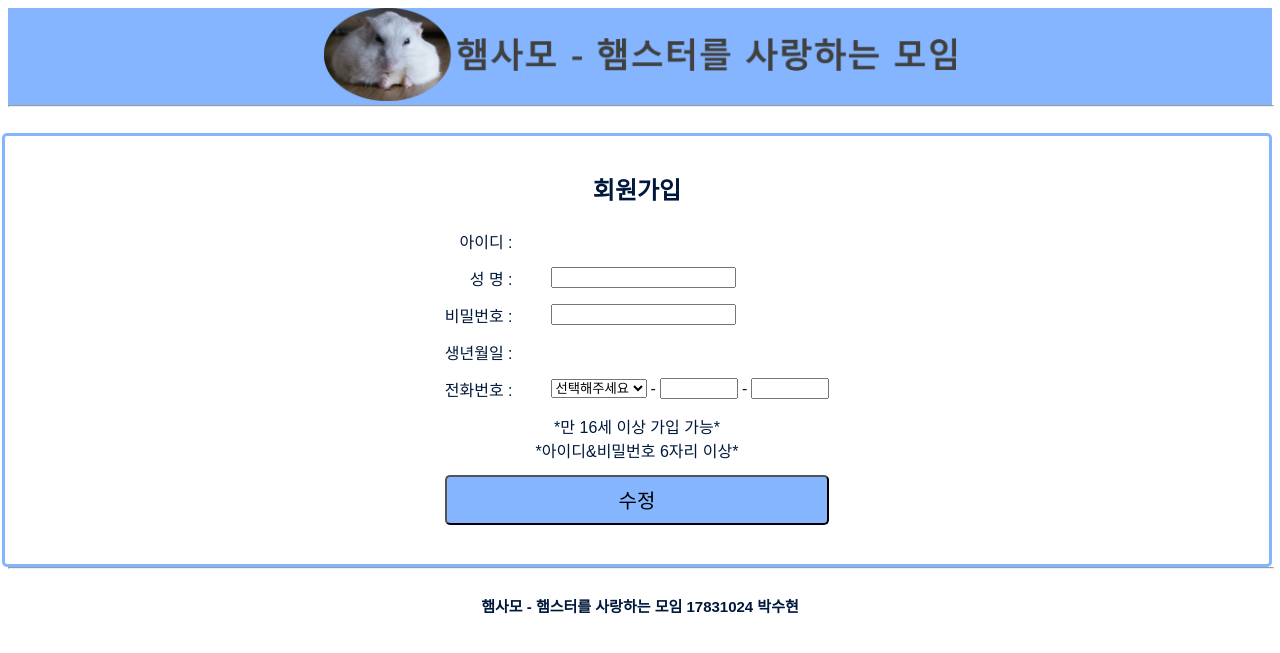
Repository: hyun5292/school
Page: http://localhost/HamSaMo/WEB-INF/views/member/MmodifyForm.jsp
These files come from the project's save history. The page is drawn as it stood at one moment and after the next save; the edit follows.
The browser window is 1280 px wide. The pictures show the whole page.
The page is served by Tomcat 9. Nobody is signed in. Other server files are loaded and not shown. The template is opened directly, without the code that normally fills it, so the values that code supplies are empty.

Above is the page before, as saved 2019-12-09 19:33:50.

### spring/HamSaMo/HamSaMo/src/main/webapp/WEB-INF/views/member/MmodifyForm.jsp
<%@ page language="java" contentType="text/html; charset=UTF-8"
	pageEncoding="UTF-8"%>
<!-- jstl -->
<%@ taglib prefix="c" uri="http://java.sun.com/jsp/jstl/core"%>
<!DOCTYPE html>
<html>
<head>
<meta charset="EUC-KR">
<title>햄사모 - 햄스터를 사랑하는 모임</title>
<script
	src="http://ajax.googleapis.com/ajax/libs/jquery/3.3.1/jquery.min.js"></script>
<style>
#container {
	width: 100%;
	Height: 100%;
	font-family: 'arial';
	color: #00183b;
}

#header {
	background-color: #84b5fe;
	float: left;
	width: 100%;
	height: 10%;
}

#content {
	float: right;
	width: 100%;
	height: 80%;
	border-radius: 5px;
	border: solid 3px #84b5fe;
}

#footer {
	clear: both;
	width: 100%;
	height: 10%;
	font-size: 15px;
	font-weight: bold;
}

#btn_light {
	background-color: white;
	width: 100%;
	height: 50px;
	border-radius: 5px;
	border: bold 1px #84b5fe;
	font-size: 20px;
}

#btn_dark {
	background-color: #84b5fe;
	width: 100%;
	height: 50px;
	border-radius: 5px;
	border: bold 1px white;
	font-size: 20px;
}
</style>
<script>
	function check() {
		if (document.myform.mName.value == "") {
			alert("이름을 입력하세요!!");
			document.myform.mName.focus();
			return false;
		}
		if (document.myform.mPw.value == "") {
			alert("비밀번호를 입력하세요!!");
			document.myform.mPw.focus();
			return false;
		}
		if (document.myform.mPw.value == document.myform.mId.value) {
			alert("아이디와 비밀번호가 같습니다.")
			document.myform.mPw.focus()
			return false;
		}

		//비밀번호 길이 체크(4~8자 까지 허용)
		if (document.myform.mPw.value.length<4 || document.myform.mPw.value.length>12) {
			alert("비밀번호를 4~12자까지 입력해주세요.")
			document.myform.mPw.focus()
			document.myform.mPw.select()
			return false;
		}
		if (document.myform.mTel2.value == "") {
			alert("전화번호를 입력하세요!!");
			document.myform.mTel2.focus();
			return false;
		}
		// 전화번호 길이 체크 (4자)
		if (document.myform.mTel2.value.length<4 || document.myform.mTel2.value.length>4) {
			alert("전화번호는 4자리입니다!!")
			document.myform.mTel2.focus()
			document.myform.mTel2.select()
			return false;
		}
		if (document.myform.mTel3.value == "") {
			alert("전화번호를 입력하세요!!");
			document.myform.mTel3.focus();
			return false;
		}
		// 전화번호 길이 체크 (4자)
		if (document.myform.mTel3.value.length<4 || document.myform.mTel3.value.length>4) {
			alert("전화번호는 4자리입니다!!")
			document.myform.mTel3.focus()
			document.myform.mTel3.select()
			return false;
		}
		if (document.myform.mPw.value != document.myform.mPwChk.value) {
			alert(" 비밀번호가 일치하지 않습니다!!");
			document.myform.mPw.focus();
			return false;
		}
	}
</script>
</head>
<body>
	<article>
		<div id="container">
			<div id="header">
				<center>
					<a href="index"><img width="50%"
						src="${pageContext.request.contextPath}/resources/images/title.png">
					</a>
				</center>
			</div>
			<br />
			<hr width="100%" />
			<br />
			<div id="content" align="center">
				<h1 style="padding-top: 15px">회원가입</h1>
				<center>
					<table>
						<form name="myform" action="Mmodify" method="post"
							onSubmit="return check()">
							<input type="hidden" name="mId" value="${dto.mId}">
							<input type="hidden" name="mPwChk" value="${dto.mPw}">
							<tr>
								<td align="right">아이디 :</td>
								<td width="30px"></td>
								<td colspan="5">${dto.mId}</td>
							</tr>
							<tr>
								<td height="5px"></td>
							</tr>
							<tr>
								<td align="right">성 명 :</td>
								<td width="30px"></td>
								<td colspan="5"><input type="text" name="mName" value="${dto.mName}"></td>
							</tr>
							<tr>
								<td height="5px"></td>
							</tr>
							<tr>
								<td align="right">비밀번호 :</td>
								<td width="30px"></td>
								<td colspan="5"><input type="password" name="mPw"></td>
							</tr>
							<tr>
								<td height="5px"></td>
							</tr>
							<tr>
								<td align="right">생년월일 :</td>
								<td width="30px"></td>
								<td colspan="5">${dto.mBirth}</td>
							</tr>
							<tr>
								<td height="5px"></td>
							</tr>
							<tr>
								<td align="right">전화번호 :</td>
								<td width="30px"></td>
								<td><select name="mTel1">
										<option value="#" selected>선택해주세요</option>
										<option value="010">010</option>
										<option value="011">011</option>
										<option value="017">017</option>
								</select></td>
								<td>-</td>
								<td><input style="width: 70px;" type="text" name="mTel2" value="${dto.mTel2}" onKeyup="this.value=this.value.replace(/[^0-9]/g,'');"></td>
								<td>-</td>
								<td><input style="width: 70px;" type="text" name="mTel3" value="${dto.mTel3}" onKeyup="this.value=this.value.replace(/[^0-9]/g,'');"></td>


							</tr>
							<tr>
								<td height="5px"></td>
							</tr>
							<tr align="center">
								<td colspan="7" height="40px">*만 16세 이상 가입 가능*</br>*아이디&비밀번호 6자리
									이상*
								</td>
							</tr>
							<tr>
								<td height="5px"></td>
							</tr>
							<tr>
								<td colspan="7"><input type="submit" id="btn_dark"
									value="수정"></td>
							</tr>
						</form>
					</table>
				</center>
				<br /> <br />
			</div>
			<br />
			<hr width="100%" />
			<br />
			<center>
				<div id="footer">햄사모 - 햄스터를 사랑하는 모임 17831024 박수현</div>
			</center>
		</div>
</body>
</html>

After the next save:
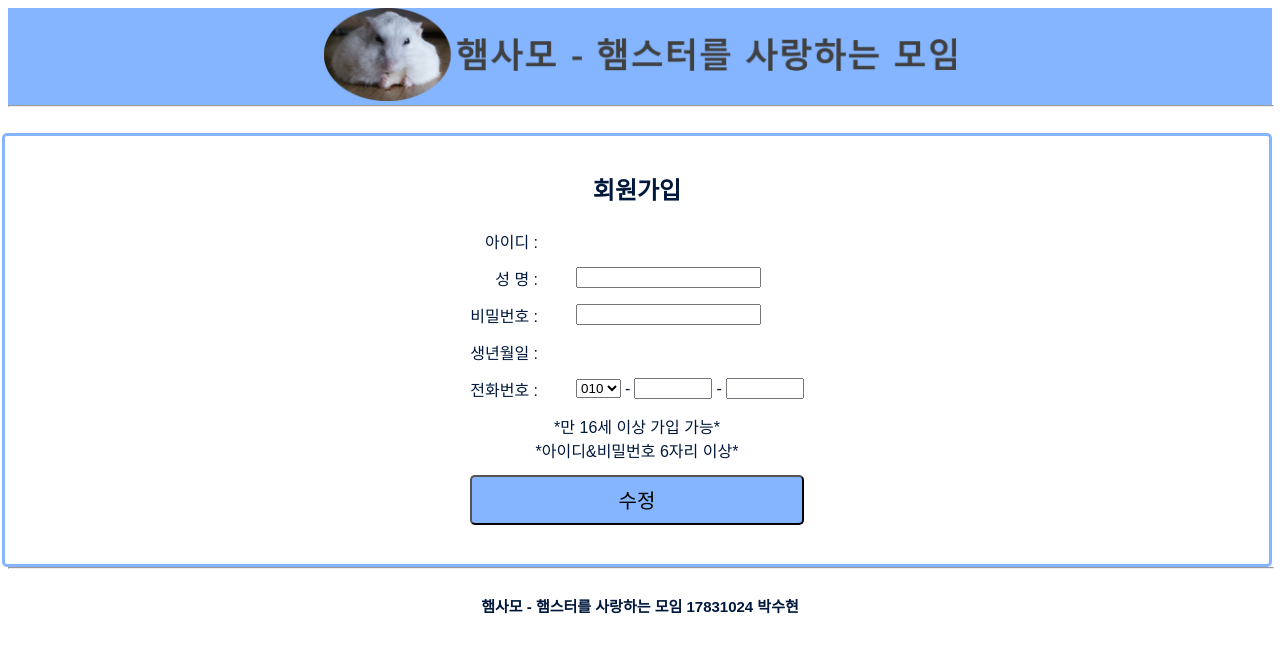
Saved 10 s later.
--- a/spring/HamSaMo/HamSaMo/src/main/webapp/WEB-INF/views/member/MmodifyForm.jsp
+++ b/spring/HamSaMo/HamSaMo/src/main/webapp/WEB-INF/views/member/MmodifyForm.jsp
@@ -172,8 +172,7 @@
 								<td align="right">전화번호 :</td>
 								<td width="30px"></td>
 								<td><select name="mTel1">
-										<option value="#" selected>선택해주세요</option>
-										<option value="010">010</option>
+										<option value="010" selected>010</option>
 										<option value="011">011</option>
 										<option value="017">017</option>
 								</select></td>
